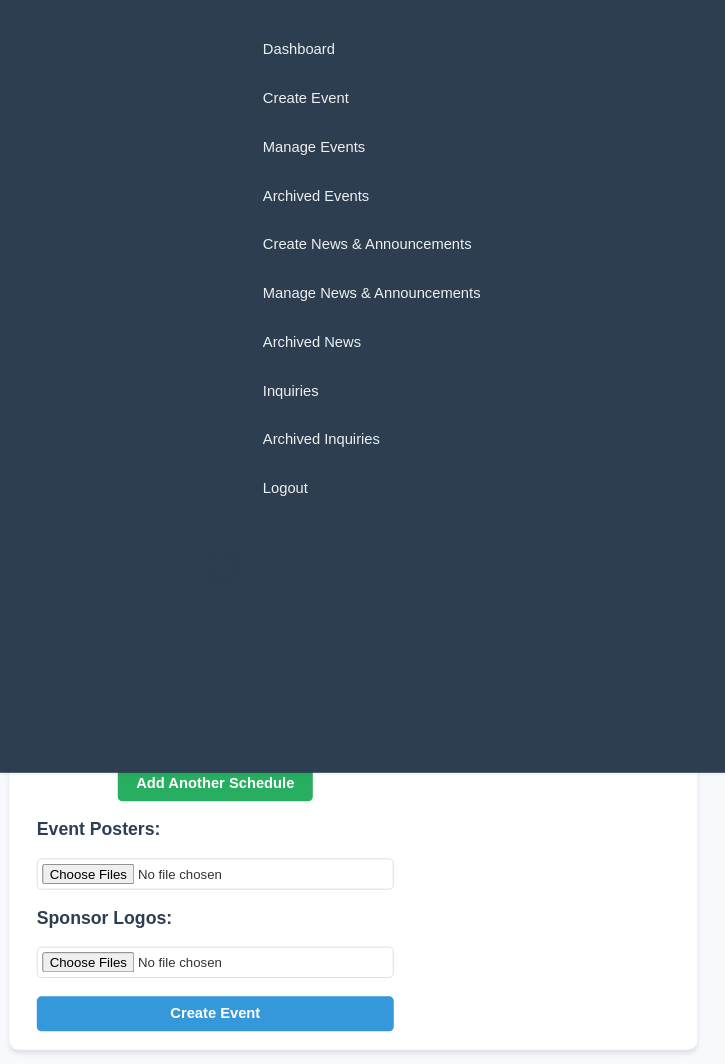
Repository: KharonKade/Capstone
Page: http://localhost/admin.html
An editor plug-in stored every save of this project. The page is shown before and after the next save, followed by the edit.
The browser window is 768 px wide. The page is 768 px wide, then 788 px, so the pictures cover 788 px, including what lies to the right of the window. The pictures show the whole page, at 92% of full size.
The page is run by PHP 8.4 with error messages shown; the project is at /var/www/html/.

Above is the page before, as saved 2025-03-27 07:54:52.

### admin.html
<!DOCTYPE html>
<html lang="en">
<head>
    <meta charset="UTF-8">
    <meta name="viewport" content="width=device-width, initial-scale=1.0">
    <title>Create Event</title>
    <link rel="stylesheet" href="Css/admin.css?v=1.0">
    <script src="https://cdn.jsdelivr.net/npm/sweetalert2@11"></script>
</head>
<body>
    <div class="admin-container">
        <nav class="sidebar">
            <h2>Admin Dashboard</h2>
            <ul>
                <li><a href="/dashboard">Dashboard</a></li>
                <li><a href="admin.html">Create Event</a></li>
                <li><a href="manage_upcoming.php">Manage Events</a></li>
                <li><a href="archived_events.php">Archived Events</a></li>
                <li><a href="create_news.html">Create News & Announcements</a></li>
                <li><a href="manage_news.php">Manage News & Announcements</a></li>
                <li><a href="archived_news.php">Archived News</a></li>
                <li><a href="view_inquiries.php">Inquiries</a></li>
                <li><a href="archived_inquiries.php">Archived Inquiries</a></li>
                <li><a href="/logout">Logout</a></li>
            </ul>
        </nav>
        <main class="content" id="create_event">
            <h2>Create Event</h2>
            <form action="store_event.php" method="post" enctype="multipart/form-data">
                <label for="event_name">Event Name:</label>
                <input type="text" name="event_name" id="event_name" required>

                <label for="location">Location:</label>
                <input type="text" name="location" id="location" required>

                <label for="description">Event Description:</label>
                <textarea name="description" id="description" rows="5" required></textarea>

                <label for="category">Event For:</label>
                <select name="category" id="category" required>
                    <option value="skateboard">Skateboard</option>
                    <option value="inline">Inline</option>
                    <option value="bmx">BMX</option>
                    <option value="all">All</option>
                </select>

                <label for="registration">
                    Event Registration:
                    <input type="checkbox" name="registration" id="registration" value="1">
                    <span>Yes</span>
                </label>

                <div id="registration-options" style="display: none;">
                    <label for="registration_limit">Registration Limit:</label>
                    <input type="number" name="registration_limit" id="registration_limit" min="1">
                </div>

                <div id="schedule-container">
                    <div class="schedule-item">
                        <label for="event_date">Event Date:</label>
                        <input type="date" name="event_date[]" required>
                        <label for="start_time">Start Time:</label>
                        <input type="time" name="start_time[]" required>
                        <label for="end_time">End Time:</label>
                        <input type="time" name="end_time[]" required>
                    </div>
                </div>
                <button type="button" id="add_schedule">Add Another Schedule</button>

                <label for="posters">Event Posters:</label>
                <input type="file" name="posters[]" id="posters" multiple required>

                <label for="sponsors">Sponsor Logos:</label>
                <input type="file" name="sponsors[]" id="sponsors" multiple required>

                <button type="submit">Create Event</button>
            </form>
        </main>
    </div>
    <script>
        // Get references to the button and container
        const addScheduleButton = document.getElementById('add_schedule');
        const scheduleContainer = document.getElementById('schedule-container');

        // Add an event listener to the "Add Another Schedule" button
        addScheduleButton.addEventListener('click', () => {
            // Create a new div for the additional schedule
            const newSchedule = document.createElement('div');
            newSchedule.classList.add('schedule-item');

            // Add the necessary input fields for a new schedule
            newSchedule.innerHTML = `
                <label for="event_date">Event Date:</label>
                <input type="date" name="event_date[]" required>
                <label for="start_time">Start Time:</label>
                <input type="time" name="start_time[]" required>
                <label for="end_time">End Time:</label>
                <input type="time" name="end_time[]" required>
                <button type="button" class="remove-schedule">Remove</button>
            `;

            // Append the new schedule div to the container
            scheduleContainer.appendChild(newSchedule);

            // Add functionality to remove the schedule
            newSchedule.querySelector('.remove-schedule').addEventListener('click', () => {
                newSchedule.remove();
            });
        });

        document.getElementById("registration").addEventListener("change", function () {
            var registrationOptions = document.getElementById("registration-options");
            registrationOptions.style.display = this.checked ? "block" : "none";
        });
    </script>
</body>
</html>

### Css/admin.css
/* admin.css */

body {
    font-family: 'Arial', sans-serif;
    margin: 0;
    padding: 0;
    background: #f7f9fc;
    color: #333;
}

.admin-container {
    display: flex;
    min-height: 100vh;
}

/* Sidebar */
.sidebar {
    width: 250px;
    background: #2c3e50;
    color: #ecf0f1;
    padding: 20px;
    box-shadow: 2px 0 5px rgba(0, 0, 0, 0.1);
    display: flex;
    flex-direction: column;
    gap: 20px;
    position: fixed;
    height: 100%;
}

.sidebar h2 {
    text-align: center;
    font-size: 1.5rem;
    margin-bottom: 20px;
}

.sidebar ul {
    list-style: none;
    padding: 0;
    margin: 0;
}

.sidebar ul li {
    margin: 15px 0;
}

.sidebar ul li a {
    text-decoration: none;
    color: #ecf0f1;
    padding: 10px 15px;
    display: block;
    border-radius: 5px;
    transition: background 0.3s;
}

.sidebar ul li a:hover {
    background: #34495e;
}

/* Main Content */
.content {
    flex-grow: 1;
    padding: 40px;
    background: #ffffff;
    border-radius: 10px;
    box-shadow: 0px 4px 6px rgba(0, 0, 0, 0.1);
}

.content h2 {
    margin-bottom: 20px;
    font-size: 1.8rem;
    color: #2c3e50;
    text-align: center;
    border-bottom: 2px solid #ecf0f1;
    padding-bottom: 10px;
    margin-left: 250px;
}

form {
    max-width: 900px;
    margin: 0 auto;
    display: flex;
    flex-direction: column;
    gap: 20px;
    margin-right: 300px;
}

form label {
    font-size: 1.2rem;
    font-weight: bold;
    color: #2c3e50; /* Darker text color */
    margin-right: 10px;
    cursor: pointer;
}

form input,
form select,
form textarea,
form button {
    font-size: 1rem;
    padding: 10px;
    border: 1px solid #dcdde1;
    border-radius: 5px;
    outline: none;
    transition: border-color 0.3s, box-shadow 0.3s;
}

form input:focus,
form select:focus,
form textarea:focus {
    border-color: #3498db;
    box-shadow: 0 0 5px rgba(52, 152, 219, 0.5);
}

form button {
    background: #3498db;
    color: #ffffff;
    cursor: pointer;
    border: none;
    font-weight: bold;
    transition: background 0.3s;
}

form button:hover {
    background: #2980b9;
}

#schedule-container {
    display: flex;
    flex-direction: column;
    gap: 20px;
}

.schedule-item {
    background: #f7f9fc;
    padding: 15px;
    border: 1px solid #dcdde1;
    border-radius: 5px;
}

.schedule-item .remove-schedule {
    background: #e74c3c;
    color: #ffffff;
    border: none;
    padding: 5px 10px;
    border-radius: 5px;
    margin-top: 10px;
    cursor: pointer;
    font-size: 0.9rem;
}

.schedule-item .remove-schedule:hover {
    background: #c0392b;
}

/* Add Schedule Button */
#add_schedule {
    align-self: center;
    background: #27ae60;
    color: #ffffff;
    border: none;
    padding: 10px 20px;
    font-size: 1rem;
    border-radius: 5px;
    cursor: pointer;
    transition: background 0.3s;
}

#add_schedule:hover {
    background: #229954;
}

/* File Inputs */
form input[type="file"] {
    padding: 5px;
    font-size: 0.9rem;
}

/* Style the label */
label[for="registration"] {
    font-size: 1.2rem;
    font-weight: bold;
    color: #2c3e50;
    display: flex;
    align-items: center; /* Ensures everything stays aligned horizontally */
    gap: 8px; /* Adds spacing between elements */
}

/* Hide the default checkbox */
input[type="checkbox"] {
    appearance: none;
    -webkit-appearance: none;
    -moz-appearance: none;
    width: 20px;
    height: 20px;
    border: 2px solid #2c3e50; /* Border color */
    border-radius: 5px;
    display: inline-block;
    vertical-align: middle;
    position: relative;
    cursor: pointer;
    transition: background 0.3s ease-in-out;
    transform: scale(1.2); /* Makes the checkbox slightly bigger */
}

/* Style when checked */
input[type="checkbox"]:checked {
    background-color: #2c3e50; /* Darker color */
    border-color: #2c3e50;
}

/* Checkmark using ::after pseudo-element */
input[type="checkbox"]:checked::after {
    content: "✔";
    font-size: 1rem;
    color: white;
    position: absolute;
    left: 50%;
    top: 50%;
    transform: translate(-50%, -50%);
    font-weight: bold;
}

/* Responsive Design */
@media (max-width: 768px) {
    .admin-container {
        flex-direction: column;
    }

    .sidebar {
        width: 100%;
        flex-direction: row;
        justify-content: space-around;
    }

    .sidebar h2 {
        display: none;
    }

    .content {
        margin: 10px;
        padding: 20px;
    }

    form {
        padding: 0 10px;
    }
}

After the next save:
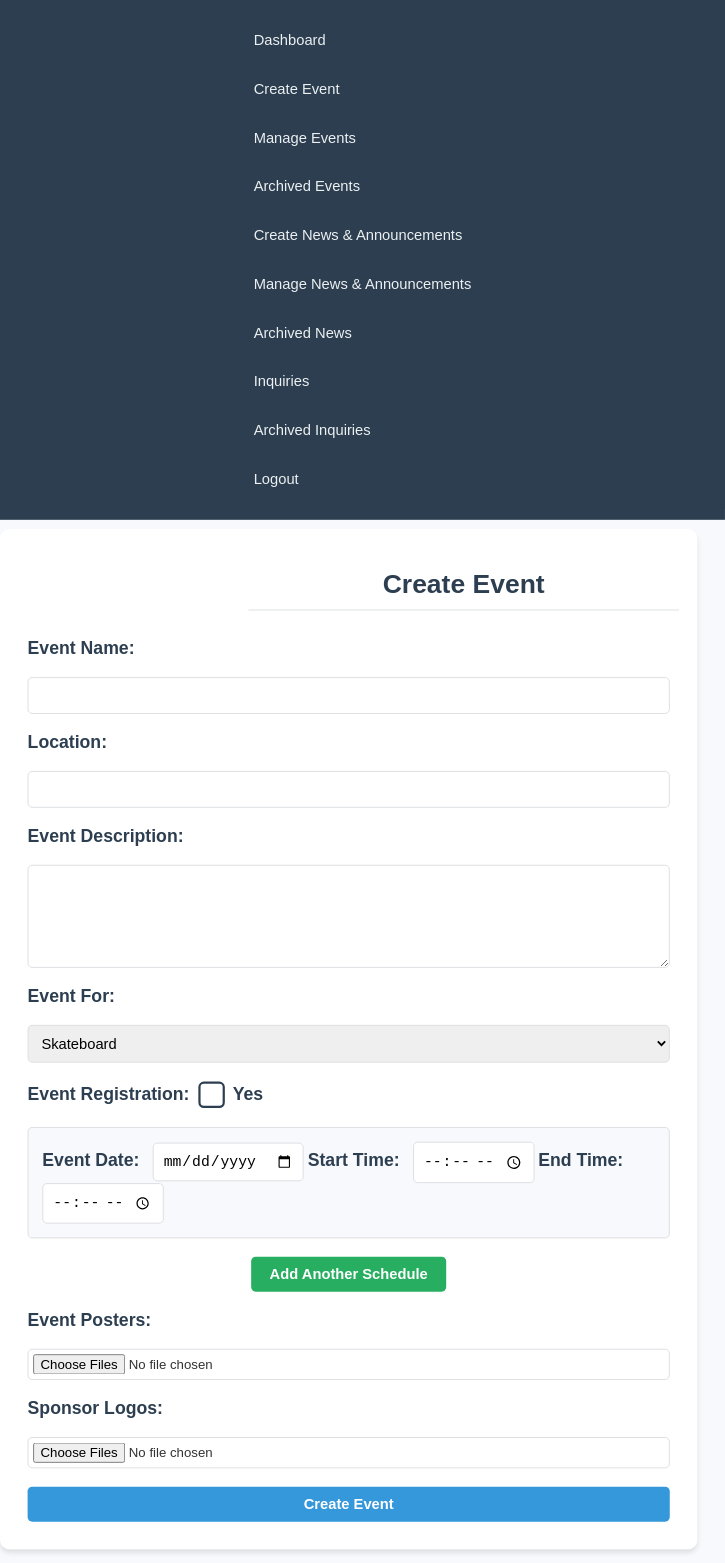
Saved 26 min 38 s later.
--- a/Css/admin.css
+++ b/Css/admin.css
@@ -245,3 +245,43 @@ input[type="checkbox"]:checked::after {
         padding: 0 10px;
     }
 }
+
+@media (max-width: 1024px) {
+    .sidebar {
+        width: 200px; /* Reduce sidebar width */
+    }
+
+    .content {
+        padding: 20px;
+        margin-left: 200px; /* Adjust margin to match sidebar width */
+    }
+
+    form {
+        margin-right: 0; /* Remove excessive right margin */
+        padding: 10px;
+    }
+}
+
+@media (max-width: 768px) {
+    .admin-container {
+        flex-direction: column; /* Stack sidebar and content */
+    }
+
+    .sidebar {
+        width: 100%;
+        position: relative;
+        height: auto;
+        padding: 10px;
+        box-shadow: none;
+    }
+
+    .content {
+        margin-left: 0;
+        padding: 20px;
+    }
+
+    form {
+        max-width: 100%;
+        padding: 10px;
+    }
+}
